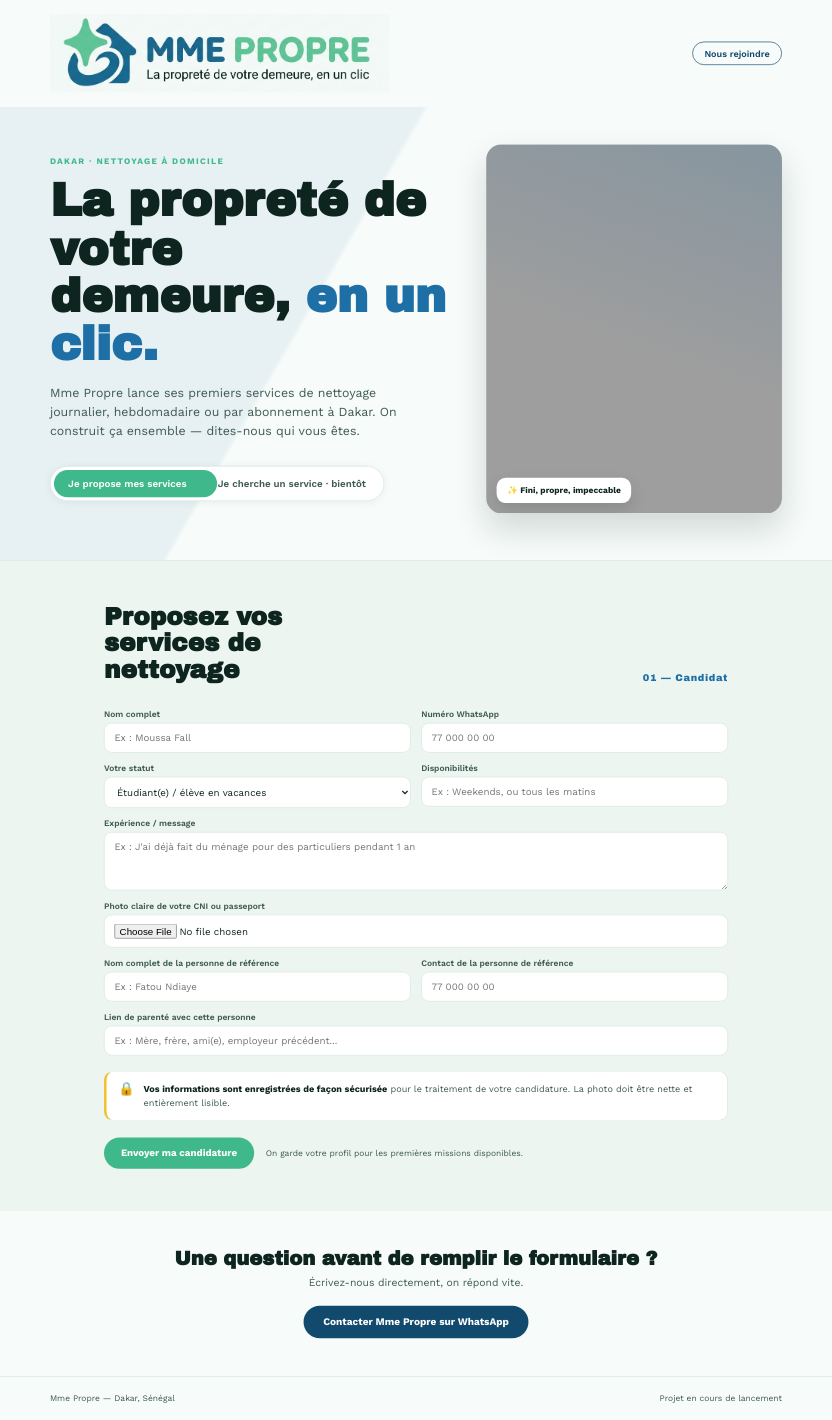
Repository: AntaaaKD/Mme-Propre
Page: test.html
The author's editor kept a copy of each file at every save. The page is drawn from the files as they stood at one save, then again after the next save.
The browser window is 1280 px wide. The pictures show the whole page, at 65% of full size.
Pictures or frames that could not be fetched are drawn as grey boxes.

Above is the page before, as saved 2026-07-20 01:01:50.

### test.html
<!DOCTYPE html>
<html lang="fr">
<head>
<meta charset="UTF-8">
<meta name="viewport" content="width=device-width, initial-scale=1.0">
<title>Mme Propre — La propreté de votre demeure, en un clic</title>
<link rel="preconnect" href="https://fonts.googleapis.com">
<link rel="preconnect" href="https://fonts.gstatic.com" crossorigin>
<link href="https://fonts.googleapis.com/css2?family=Archivo+Black&family=Work+Sans:wght@400;500;600;700&display=swap" rel="stylesheet">
<style>
  :root{
    --surface:#F7FBF9;
    --surface-2:#ECF5F0;
    --ink:#0E241E;
    --ink-soft:#3E5A52;
    --blue:#1D6FA5;
    --blue-deep:#124A6E;
    --mint:#3FB88C;
    --lemon:#F2C230;
    --line:#D6E6DE;
    --radius:18px;
    --display:"Archivo Black", sans-serif;
    --body:"Work Sans", sans-serif;
  }
  *{box-sizing:border-box;}
  body{margin:0;padding:0;background:var(--surface);color:var(--ink);font-family:var(--body);}
  a{color:inherit;}

  /* ---------- HEADER ---------- */
  header{
    display:flex;align-items:center;justify-content:space-between;
    padding:22px 6vw;
  }
.logo{
    display:flex;
    align-items:center;
    text-decoration:none;
}

.logo-img{
    height:120px;
    width:auto;
    display:block;
}
  .header-cta{
    font-size:14px;font-weight:600;color:var(--blue-deep);
    border:1.5px solid var(--blue-deep);border-radius:999px;
    padding:9px 18px;text-decoration:none;
    transition:background .2s ease, color .2s ease;
  }
  .header-cta:hover{background:var(--blue-deep);color:#fff;}

  /* ---------- HERO ---------- */
  .hero{
    position:relative;
    padding:8vh 6vw 10vh;
    overflow:hidden;
  }
  .hero-grid{
    position:relative;z-index:2;
    display:grid;grid-template-columns:1.15fr 0.85fr;gap:56px;align-items:center;
  }
  @media (max-width:860px){
    .hero-grid{grid-template-columns:1fr;}
    .hero-image{order:-1;max-height:280px;}
  }
  .hero-image{
    position:relative;border-radius:24px;overflow:hidden;
    box-shadow:0 24px 50px rgba(14,36,30,0.16);
    aspect-ratio:4/5;
  }
  .hero-image img{
    width:100%;height:100%;object-fit:cover;display:block;
  }
  .hero-image::after{
    content:"";position:absolute;inset:0;
    background:linear-gradient(200deg, rgba(29,111,165,0.18), transparent 55%);
  }
  .hero-badge{
    position:absolute;bottom:16px;left:16px;z-index:3;
    background:#fff;border-radius:14px;padding:12px 16px;
    display:flex;align-items:center;gap:10px;
    box-shadow:0 10px 24px rgba(14,36,30,0.14);
    font-size:13px;font-weight:700;color:var(--ink);
  }
  .hero-wipe{
    position:absolute;inset:0;
    background:linear-gradient(120deg, var(--blue) 0%, var(--blue) 42%, transparent 42.5%);
    opacity:0.07;
    animation:wipe 6s ease-in-out infinite;
    pointer-events:none;
  }
  @keyframes wipe{
    0%,100%{transform:translateX(-8%);}
    50%{transform:translateX(8%);}
  }
  .eyebrow{
    font-size:13px;font-weight:700;letter-spacing:2px;text-transform:uppercase;
    color:var(--mint);margin-bottom:18px;
  }
  h1{
    font-family:var(--display);
    font-size:clamp(38px,6vw,72px);
    line-height:1.02;
    margin:0 0 22px;
    max-width:14ch;
  }
  h1 .accent{color:var(--blue);}
  .hero p{
    font-size:19px;color:var(--ink-soft);max-width:46ch;line-height:1.55;margin:0 0 40px;
  }

  /* ---------- SWITCH ---------- */
  .switch{
    display:inline-flex;background:#fff;border:1.5px solid var(--line);
    border-radius:999px;padding:5px;gap:4px;position:relative;
    box-shadow:0 2px 14px rgba(14,36,30,0.06);
  }
  .switch button{
    border:none;background:transparent;font-family:var(--body);font-weight:600;font-size:15px;
    padding:12px 22px;border-radius:999px;cursor:pointer;color:var(--ink-soft);
    transition:color .2s ease;position:relative;z-index:2;
  }
  .switch button.active{color:#fff;}
  .switch-thumb{
    position:absolute;top:5px;left:5px;bottom:5px;
    width:calc(50% - 5px);
    background:var(--mint);border-radius:999px;
    transition:transform .28s cubic-bezier(.65,0,.35,1);
    z-index:1;
  }
  .switch.pos-1 .switch-thumb{transform:translateX(100%);background:var(--blue-deep);}

  /* ---------- SECTION WRAPPER ---------- */
  .panel{
    background:var(--surface-2);
    border-top:1px solid var(--line);
    padding:9vh 6vw;
  }
  .panel-inner{max-width:960px;margin:0 auto;}
  .panel-head{display:flex;align-items:flex-end;justify-content:space-between;gap:24px;margin-bottom:40px;flex-wrap:wrap;}
  .panel h2{font-family:var(--display);font-size:clamp(26px,3.4vw,38px);margin:0;max-width:16ch;}
  .panel-head .num{font-family:var(--display);font-size:15px;color:var(--blue);letter-spacing:1px;}

  .grid{display:grid;grid-template-columns:1fr 1fr;gap:16px;}
  @media (max-width:680px){.grid{grid-template-columns:1fr;}}

  .field{display:flex;flex-direction:column;gap:6px;}
  .field.full{grid-column:1/-1;}
  label{font-size:13px;font-weight:600;color:var(--ink-soft);}
  input,select,textarea{
    font-family:var(--body);font-size:15px;
    border:1.5px solid var(--line);border-radius:12px;
    padding:13px 15px;background:#fff;color:var(--ink);
    outline:none;transition:border-color .18s ease;
  }
  input:focus,select:focus,textarea:focus{border-color:var(--blue);}
  textarea{resize:vertical;min-height:90px;}

  .submit-row{margin-top:26px;display:flex;align-items:center;gap:18px;flex-wrap:wrap;}
  .btn-whatsapp{
    display:inline-flex;align-items:center;gap:10px;
    background:var(--mint);color:#fff;border:none;border-radius:999px;
    padding:15px 26px;font-family:var(--body);font-weight:700;font-size:15px;cursor:pointer;
    transition:transform .15s ease, box-shadow .15s ease;
  }
  .btn-whatsapp:hover{transform:translateY(-2px);box-shadow:0 8px 22px rgba(63,184,140,0.35);}
  .hint{font-size:13px;color:var(--ink-soft);}

  .id-notice{
    display:flex;gap:14px;align-items:flex-start;
    background:#fff;border:1.5px solid var(--line);border-left:4px solid var(--lemon);
    border-radius:14px;padding:16px 18px;margin-top:24px;
  }
  .id-notice .icon{font-size:20px;line-height:1;}
  .id-notice p{margin:0;font-size:14px;color:var(--ink-soft);line-height:1.5;}
  .id-notice strong{color:var(--ink);}

  /* ---------- DIRECT CONTACT ---------- */
  .direct{
    padding:8vh 6vw;text-align:center;
  }
  .direct h3{font-family:var(--display);font-size:clamp(22px,3vw,30px);margin:0 0 12px;}
  .direct p{color:var(--ink-soft);margin:0 0 26px;font-size:16px;}
  .btn-direct{
    display:inline-flex;align-items:center;gap:10px;
    background:var(--blue-deep);color:#fff;border:none;border-radius:999px;
    padding:16px 30px;font-family:var(--body);font-weight:700;font-size:15.5px;text-decoration:none;
    transition:transform .15s ease;
  }
  .btn-direct:hover{transform:translateY(-2px);}

  footer{
    padding:26px 6vw;border-top:1px solid var(--line);
    font-size:13px;color:var(--ink-soft);
    display:flex;justify-content:space-between;flex-wrap:wrap;gap:10px;
  }

  .hidden{display:none;}

  /* ---------- SOON STATE (client) ---------- */
  .soon-card{
    background:#fff;border:1.5px dashed var(--line);border-radius:20px;
    padding:44px 40px;text-align:center;
  }
  .soon-badge{
    display:inline-block;font-size:12px;font-weight:700;letter-spacing:1px;text-transform:uppercase;
    background:var(--lemon);color:var(--ink);border-radius:999px;padding:6px 14px;margin-bottom:18px;
  }
  .soon-card h3{font-family:var(--display);font-size:24px;margin:0 0 12px;}
  .soon-card p{color:var(--ink-soft);font-size:16px;max-width:48ch;margin:0 auto 28px;line-height:1.55;}
</style>
</head>
<body>

<header>
  <div class="logo">
    <!-- Le chemin est relatif à votre fichier HTML -->
    <img src="images/logo-mmepropre.png"
         alt="Mme Propre"
         class="logo-img">
  </div>
  <a class="header-cta" href="#form">Nous rejoindre</a>
</header>

<section class="hero">
  <div class="hero-wipe"></div>
  <div class="hero-grid">
    <div>
      <div class="eyebrow">Dakar · Nettoyage à domicile</div>
      <h1>La propreté de votre<br>demeure, <span class="accent">en un clic.</span></h1>
      <p>Mme Propre lance ses premiers services de nettoyage journalier, hebdomadaire ou par abonnement à Dakar. On construit ça ensemble — dites-nous qui vous êtes.</p>

      <div class="switch pos-0" id="switch">
        <div class="switch-thumb"></div>
        <button class="active" data-target="candidat" onclick="setProfile('candidat')">Je propose mes services</button>
        <button data-target="client" onclick="setProfile('client')">Je cherche un service · bientôt</button>
      </div>
    </div>

    <div class="hero-image">
      <img src="https://african.land/oc-content/plugins/blog/img/blog/328.jpg" alt="Nettoyage professionnel à domicile">
      <div class="hero-badge">✨ Fini, propre, impeccable</div>
    </div>
  </div>
</section>

<section class="panel" id="form">
  <div class="panel-inner">

    <div id="panel-candidat">
      <div class="panel-head">
        <h2>Proposez vos services de nettoyage</h2>
        <span class="num">01 — Candidat</span>
      </div>
      <div class="grid">
        <div class="field"><label for="p-nom">Nom complet</label><input id="p-nom" type="text" placeholder="Ex : Moussa Fall"></div>
        <div class="field"><label for="p-tel">Numéro WhatsApp</label><input id="p-tel" type="tel" placeholder="77 000 00 00"></div>
        <div class="field">
          <label for="p-statut">Votre statut</label>
          <select id="p-statut">
            <option>Étudiant(e) / élève en vacances</option>
            <option>Professionnel(le) en recherche d'opportunité</option>
            <option>Autre</option>
          </select>
        </div>
        <div class="field"><label for="p-dispo">Disponibilités</label><input id="p-dispo" type="text" placeholder="Ex : Weekends, ou tous les matins"></div>
        <div class="field full"><label for="p-msg">Expérience / message</label><textarea id="p-msg" placeholder="Ex : J'ai déjà fait du ménage pour des particuliers pendant 1 an"></textarea></div>
        <div class="field full">
          <label for="p-photo">Photo claire de votre CNI ou passeport</label>
          <input id="p-photo" type="file" accept="image/*">
        </div>
        <div class="field"><label for="p-ref-nom">Nom complet de la personne de référence</label><input id="p-ref-nom" type="text" placeholder="Ex : Fatou Ndiaye"></div>
        <div class="field"><label for="p-ref-tel">Contact de la personne de référence</label><input id="p-ref-tel" type="tel" placeholder="77 000 00 00"></div>
        <div class="field full"><label for="p-ref-lien">Lien de parenté avec cette personne</label><input id="p-ref-lien" type="text" placeholder="Ex : Mère, frère, ami(e), employeur précédent..."></div>
      </div>

      <div class="id-notice">
        <span class="icon">🔒</span>
        <p><strong>Vos informations sont enregistrées de façon sécurisée</strong> pour le traitement de votre candidature. La photo doit être nette et entièrement lisible.</p>
      </div>

      <div class="submit-row">
        <button class="btn-whatsapp" id="submit-btn" onclick="submitCandidature()">Envoyer ma candidature</button>
        <span class="hint" id="submit-status">On garde votre profil pour les premières missions disponibles.</span>
      </div>
    </div>

    <div id="panel-client" class="hidden">
      <div class="panel-head">
        <h2>Demandez un nettoyage</h2>
        <span class="num">02 — Client</span>
      </div>
      <div class="soon-card">
        <span class="soon-badge">Bientôt disponible</span>
        <h3>Ce service arrive prochainement</h3>
        <p>Pour l'instant, Mme Propre se concentre sur le recrutement de son équipe de nettoyage. Le service de réservation pour les particuliers ouvrira dans une prochaine étape — restez connecté(e) pour être informé(e) dès son lancement.</p>
        <button class="btn-whatsapp" onclick="notifyMe()">Être informé(e) du lancement</button>
      </div>
    </div>

  </div>
</section>

<section class="direct">
  <h3>Une question avant de remplir le formulaire ?</h3>
  <p>Écrivez-nous directement, on répond vite.</p>
  <a class="btn-direct" id="direct-wa" href="#" target="_blank" rel="noopener">Contacter Mme Propre sur WhatsApp</a>
</section>

<footer>
  <span>Mme Propre — Dakar, Sénégal</span>
  <span>Projet en cours de lancement</span>
</footer>

<script>
  // ⚠️ Remplacer par le vrai numéro WhatsApp de Mme Propre, format international sans "+" ni espaces
  const WHATSAPP_NUMBER = "221775730664";

  // ⚠️ Remplacer par l'URL de ton application web Apps Script (se termine par /exec)
  const GAS_WEB_APP_URL = "https://script.google.com/macros/s/AKfycbztkSX3TyebbLAMASZva5rAbgVcuSgHpPOw3mWZLaVD60Z6R83ZnjcCemumw_IpcYI8/exec";

  function setProfile(target){
    const isClient = target === 'client';
    document.getElementById('panel-client').classList.toggle('hidden', !isClient);
    document.getElementById('panel-candidat').classList.toggle('hidden', isClient);
    document.getElementById('switch').classList.toggle('pos-0', !isClient);
    document.getElementById('switch').classList.toggle('pos-1', isClient);
    document.querySelectorAll('.switch button').forEach(b=>{
      b.classList.toggle('active', b.dataset.target === target);
    });
  }

  function fileToBase64(file){
    return new Promise((resolve, reject) => {
      const reader = new FileReader();
      reader.onload = () => resolve(reader.result);
      reader.onerror = reject;
      reader.readAsDataURL(file);
    });
  }

  async function submitCandidature(){
    const btn = document.getElementById('submit-btn');
    const status = document.getElementById('submit-status');

    const nom = document.getElementById('p-nom').value.trim();
    const tel = document.getElementById('p-tel').value.trim();
    const statut = document.getElementById('p-statut').value;
    const dispo = document.getElementById('p-dispo').value.trim();
    const experience = document.getElementById('p-msg').value.trim();
    const refNom = document.getElementById('p-ref-nom').value.trim();
    const refTel = document.getElementById('p-ref-tel').value.trim();
    const refLien = document.getElementById('p-ref-lien').value.trim();
    const photoInput = document.getElementById('p-photo');
    const photoFile = photoInput.files[0];

    if(!nom || !tel){
      status.textContent = "Merci de renseigner au moins votre nom et votre numéro.";
      status.style.color = "#B3261E";
      return;
    }

    btn.disabled = true;
    btn.textContent = "Envoi en cours...";
    status.style.color = "";
    status.textContent = "Merci de patienter, ça ne prend que quelques secondes.";

    try{
      let photoBase64 = "", photoMimeType = "", photoName = "";
      if(photoFile){
        photoBase64 = await fileToBase64(photoFile);
        photoMimeType = photoFile.type;
        photoName = photoFile.name;
      }

      await fetch(GAS_WEB_APP_URL, {
        method: "POST",
        mode: "no-cors",
        headers: { "Content-Type": "text/plain;charset=utf-8" },
        body: JSON.stringify({ nom, tel, statut, dispo, experience, refNom, refTel, refLien, photoBase64, photoMimeType, photoName })
      });

      btn.textContent = "Envoyé ✓";
      status.style.color = "#3FB88C";
      status.textContent = "Candidature reçue ! On revient vers vous très bientôt.";
      document.querySelectorAll('#panel-candidat input, #panel-candidat select, #panel-candidat textarea').forEach(el => {
        if(el.type === 'file') el.value = ""; else el.value = "";
      });
    } catch(err){
      btn.disabled = false;
      btn.textContent = "Envoyer ma candidature";
      status.style.color = "#B3261E";
      status.textContent = "Une erreur est survenue, réessayez ou contactez-nous sur WhatsApp.";
    }
  }

  function notifyMe(){
    const text = "Bonjour Mme Propre 👋\n\nJe suis intéressé(e) par le service de réservation de nettoyage. Merci de me prévenir dès son lancement !";
    const url = `https://wa.me/${WHATSAPP_NUMBER}?text=${encodeURIComponent(text)}`;
    window.open(url, '_blank');
  }

  document.getElementById('direct-wa').href = `https://wa.me/${WHATSAPP_NUMBER}?text=${encodeURIComponent("Bonjour Mme Propre, j'ai une question 👋")}`;
  setProfile('candidat');
</script>

</body>
</html>

After the next save:
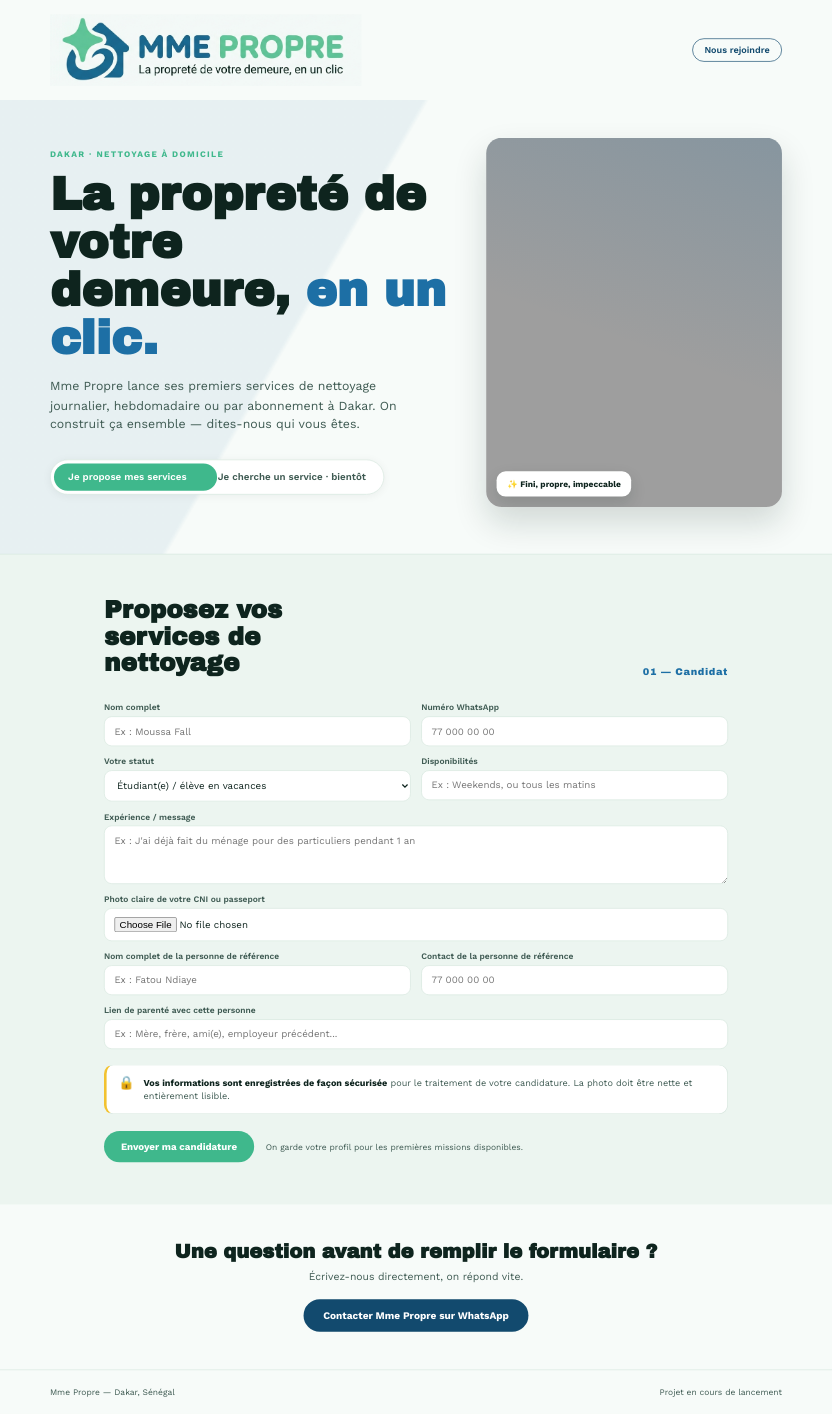
Saved 31 s later.
--- a/test.html
+++ b/test.html
@@ -38,7 +38,7 @@
 }
 
 .logo-img{
-    height:120px;
+    height:110px;
     width:auto;
     display:block;
 }
